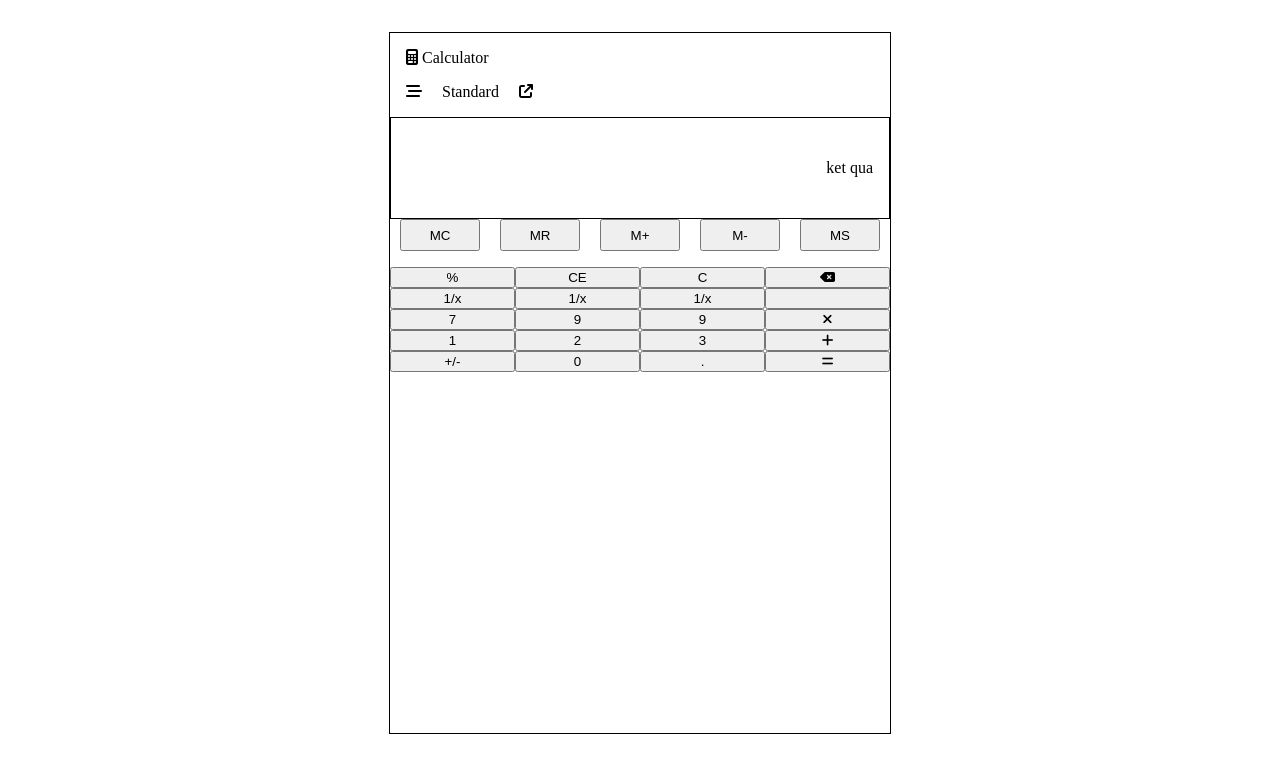
Repository: tungts3qb/Javascript
Page: Calculator/Calculator.html
An editor plug-in stored every save of this project. The page is shown before and after the next save, followed by the edit.
The browser window is 1280 px wide. The pictures show the whole page.

Above is the page before, as saved 2022-12-26 16:40:41.

### Calculator/Calculator.html
<!DOCTYPE html>
<html lang="en">
  <head>
    <meta charset="UTF-8" />
    <meta http-equiv="X-UA-Compatible" content="IE=edge" />
    <meta name="viewport" content="width=device-width, initial-scale=1.0" />
    <link rel="stylesheet" href="./style.css" />
    <link
      rel="stylesheet"
      href="https://cdnjs.cloudflare.com/ajax/libs/font-awesome/6.2.1/css/all.min.css"
      integrity="sha512-MV7K8+y+gLIBoVD59lQIYicR65iaqukzvf/nwasF0nqhPay5w/9lJmVM2hMDcnK1OnMGCdVK+iQrJ7lzPJQd1w=="
      crossorigin="anonymous"
      referrerpolicy="no-referrer"
    />
    <title>Calculator</title>
  </head>
  <body>
    <div class="calculator">
      <div class="calculator-header">
        <i class="fa-solid fa-calculator"></i>
        <span>Calculator</span>
      </div>
      <div class="calculator-nav">
        <i class="fa-solid fa-bars-staggered"></i>
        <span>Standard</span>
        <i class="fa-solid fa-arrow-up-right-from-square"></i>
      </div>
      <div class="caculator-result"><span>ket qua</span></div>
      <div class="calculator-special-function">
        <ul>
          <li><button class="btn-special-fun">MC</button></li>
          <li><button class="btn-special-fun">MR</button></li>
          <li><button class="btn-special-fun">M+</button></li>
          <li><button class="btn-special-fun">M-</button></li>
          <li><button class="btn-special-fun">MS</button></li>
        </ul>
      </div>
      <div class="calculator-buttons">
        <button class="calculator-button">%</button>
        <button class="calculator-button">CE</button>
        <button class="calculator-button">C</button>
        <button class="calculator-button">
          <i class="fa-solid fa-delete-left"></i>
        </button>
        <button class="calculator-button">1/x</button>
        <button class="calculator-button">1/x</button>
        <button class="calculator-button">1/x</button>
        <button class="calculator-button">
          <i class="fas fa-buttonide"></i>
        </button>
        <button class="calculator-button">7</button>
        <button class="calculator-button">9</button>
        <button class="calculator-button">9</button>
        <button class="calculator-button"><i class="fas fa-times"></i></button>
        <button class="calculator-button">1</button>
        <button class="calculator-button">2</button>
        <button class="calculator-button">3</button>
        <button class="calculator-button"><i class="fas fa-plus"></i></button>
        <button class="calculator-button">+/-</button>
        <button class="calculator-button">0</button>
        <button class="calculator-button">.</button>
        <button class="calculator-button"><i class="fas fa-equals"></i></button>
      </div>
    </div>
    <script src="./script.js"></script>
  </body>
</html>

### Calculator/style.css
.calculator {
  width: 500px;
  height: 700px;
  border: 1px solid black;
  margin: 2rem auto;
}

.calculator-header {
  margin-top: 1rem;
  padding-left: 1rem;
}

.calculator-nav {
  padding-left: 1rem;
  margin-top: 1rem;
}

.calculator-nav span {
  margin-left: 1rem;
  margin-right: 1rem;
}

.caculator-result {
  border: 1px solid black;
  margin-top: 1rem;
  height: 100px;
  display: flex;
  justify-content: flex-end;
  align-items: center;
}

.caculator-result span {
  display: block;
  margin-right: 1rem;
}

.calculator-special-function ul {
  width: 100%;
  padding-left: 0;
  list-style: none;
  display: flex;
  margin-top: 0;
  /* justify-content: space-between; */
  justify-content: space-around;
  align-items: center;
}

.btn-special-fun {
  width: 5rem;
  height: 2rem;
}

.calculator-buttons {
  display: grid;
  grid-template-columns: repeat(4, 1fr);
}

Loaded but not shown: Calculator/script.js (no stored copy; drawn as an empty file)

After the next save:
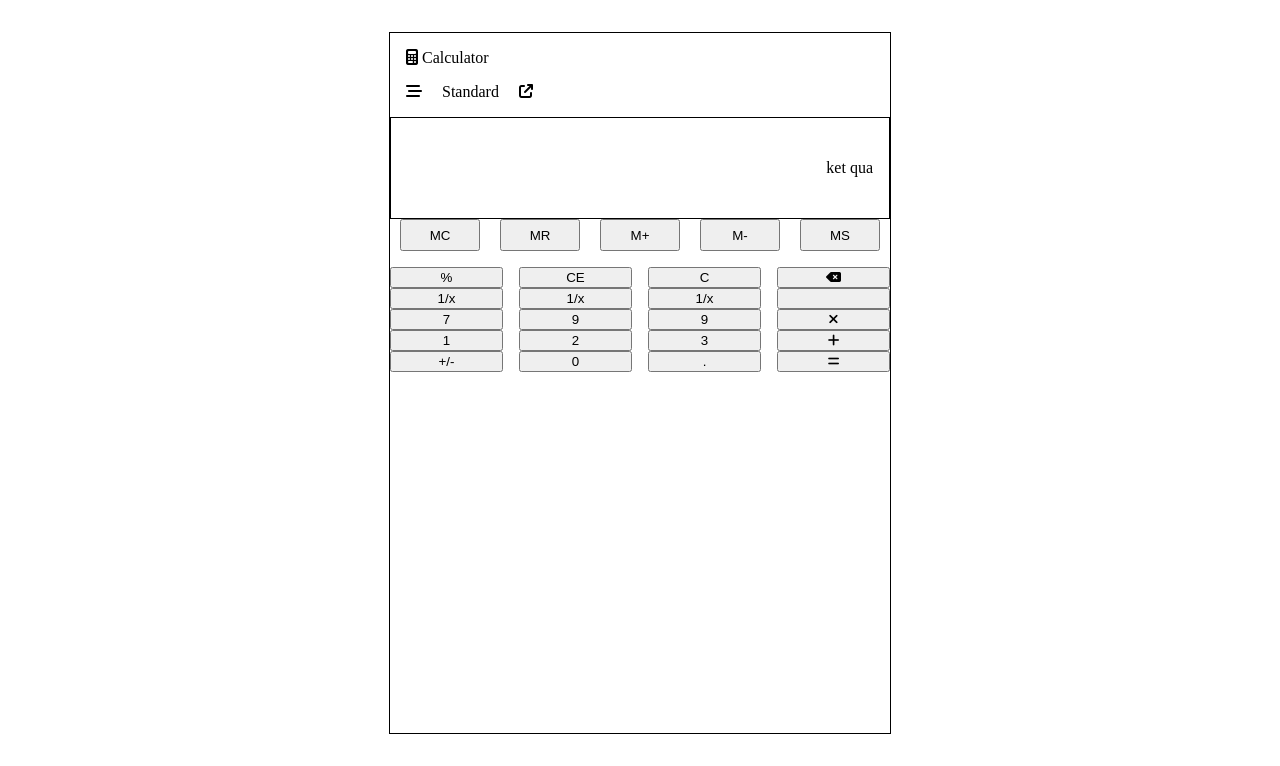
Saved 2 min 53 s later.
--- a/Calculator/style.css
+++ b/Calculator/style.css
@@ -53,4 +53,5 @@
 .calculator-buttons {
   display: grid;
   grid-template-columns: repeat(4, 1fr);
+  grid-column-gap: 1rem;
 }
